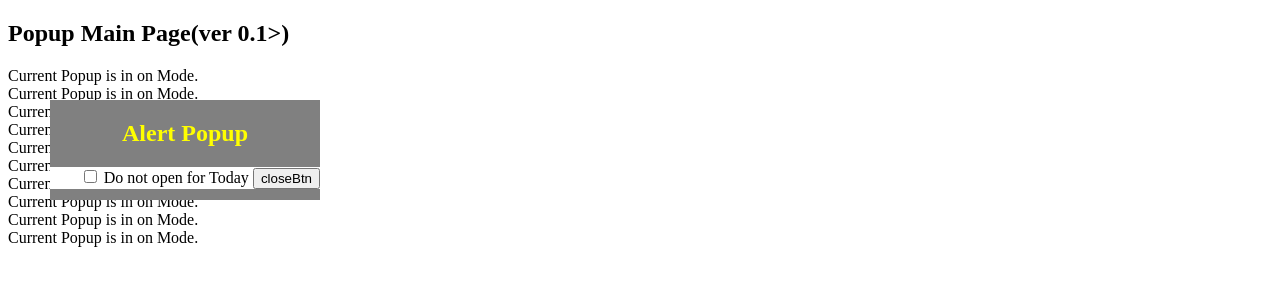
Repository: Jadedvst/Java_JSP-Servlet
Page: http://localhost/MustHaveJSP/04Cookie/PopupMain.jsp
An editor plug-in stored every save of this project. The page is shown before and after the next save, followed by the edit.
The browser window is 1280 px wide. The pictures show the whole page.
The page is served by Tomcat 10.

Above is the page before, as saved 2023-12-13 01:39:33.

After the next save:
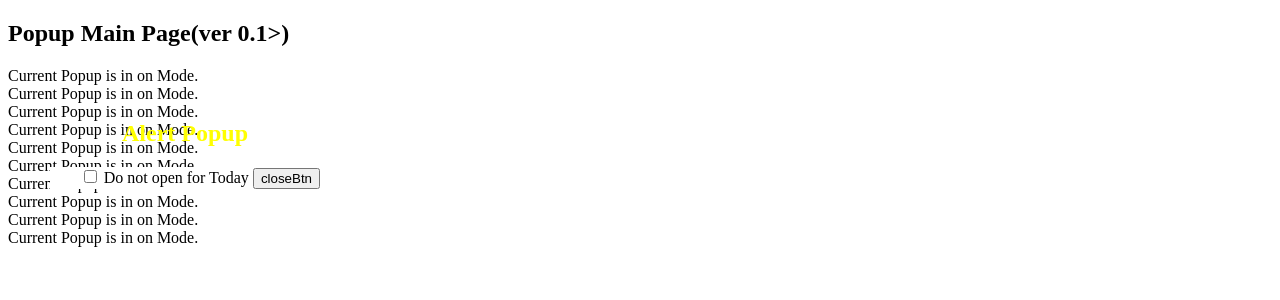
Saved 49 s later.
--- a/MustHaveJSP/src/main/webapp/04Cookie/PopupMain.jsp
+++ b/MustHaveJSP/src/main/webapp/04Cookie/PopupMain.jsp
@@ -10,7 +10,7 @@
 <title>Popup administration using Cookie</title>
 <style>
 div#popup{
-	position: absolute; top:100px; left:50px; width:270px; height:100px;
+	position: absolute; top:100px; left:50px; width:270px; height:100px; //if non of these, then just shown under the text
 	background-color:gray; color:yellow;
 }
 div#popup>div{

After the save that followed:
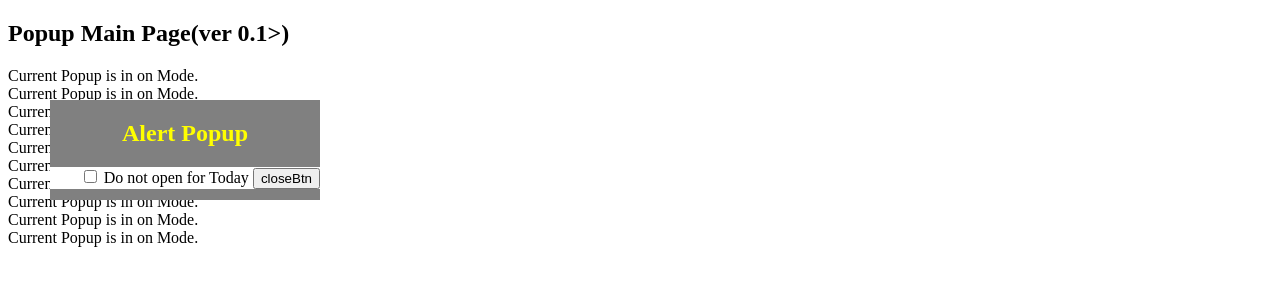
Saved 41 s later.
--- a/MustHaveJSP/src/main/webapp/04Cookie/PopupMain.jsp
+++ b/MustHaveJSP/src/main/webapp/04Cookie/PopupMain.jsp
@@ -10,7 +10,7 @@
 <title>Popup administration using Cookie</title>
 <style>
 div#popup{
-	position: absolute; top:100px; left:50px; width:270px; height:100px; //if non of these, then just shown under the text
+	position: absolute; top:100px; left:50px; width:270px; height:100px; /* if non of these, then just shown under the text */
 	background-color:gray; color:yellow;
 }
 div#popup>div{
